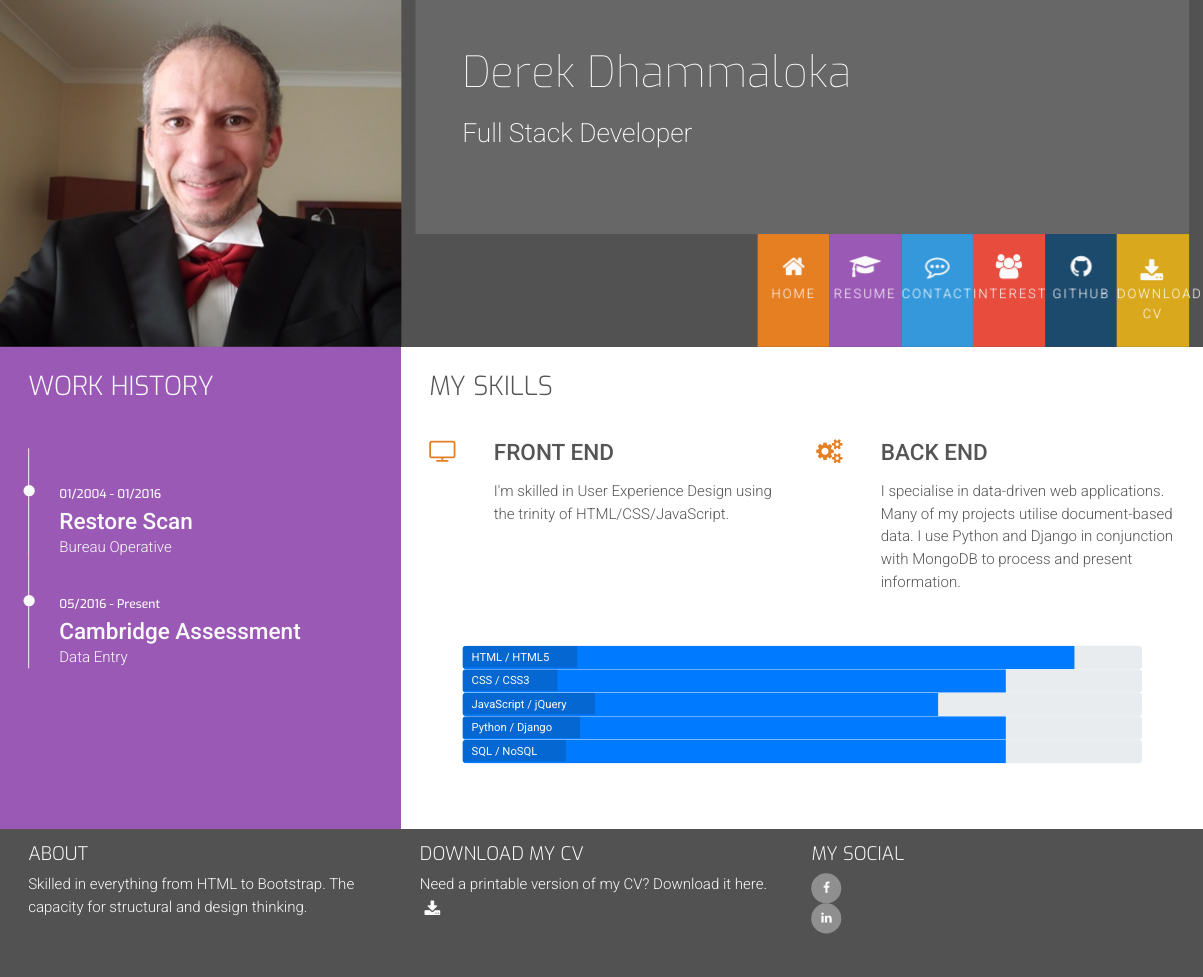
Repository: derektypist/derek-dhammaloka-cv
Page: resume.html
The author's editor kept a record of every edit. The page is drawn from the files as they stood at one moment, then again after the next edit.
The browser window is 1280 px wide. The pictures show the whole page, at 94% of full size.
Some web libraries are served in a nearby version.

Above is the page before.

After the next edit:
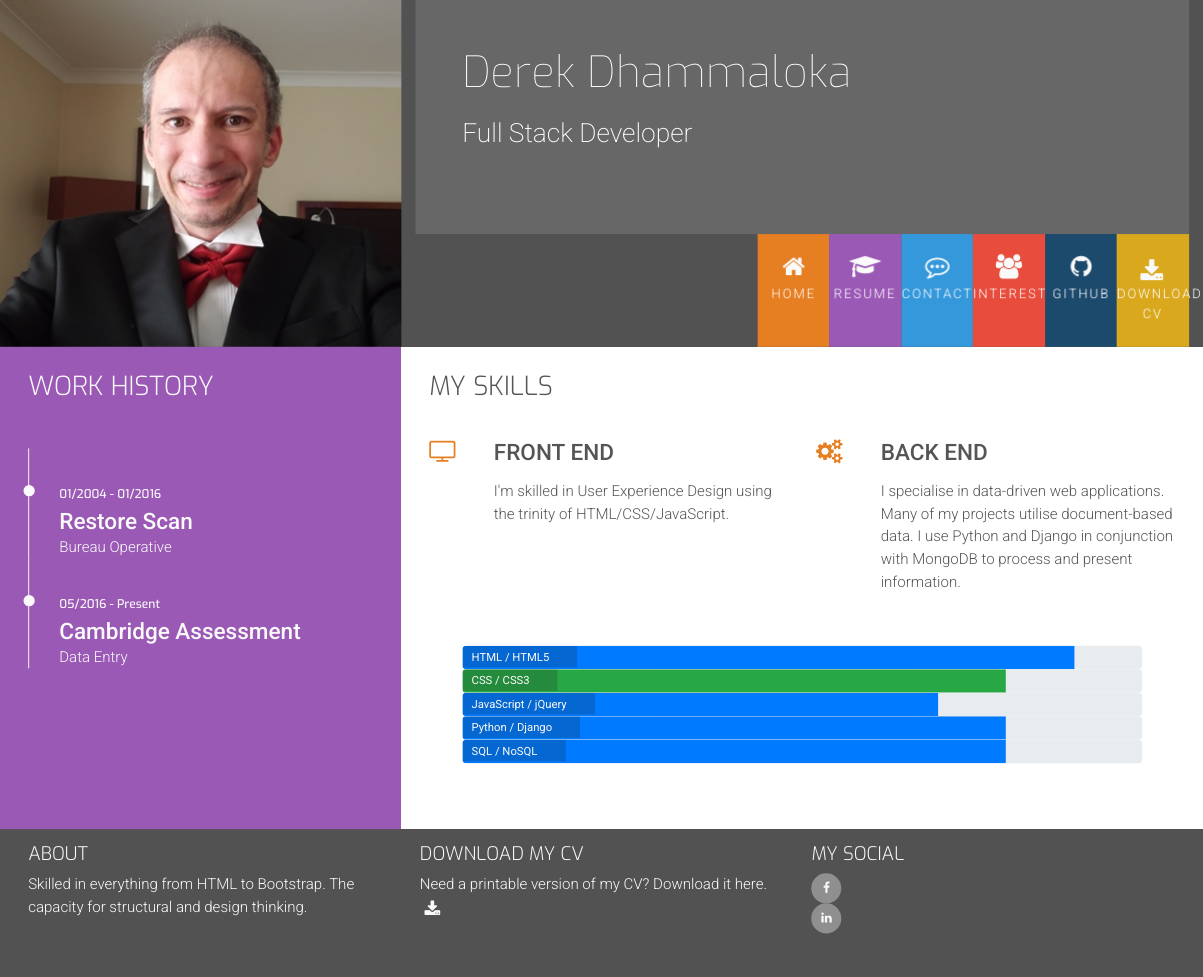
The edit:
--- a/resume.html
+++ b/resume.html
@@ -135,7 +135,7 @@
                             <span class="progress-type">HTML / HTML5</span>
                         </div>
                         <div class="progress">
-                            <div class="progress-bar progress-bar-success" role="progressbar" aria-valuenow="80" aria-valuemin="0" aria-valuemax="100" style="width: 80%">
+                            <div class="progress-bar bg-success" role="progressbar" aria-valuenow="80" aria-valuemin="0" aria-valuemax="100" style="width: 80%">
                                 <span class="sr-only"> 80% complete</span>
                             </div>
                             <span class="progress-type">CSS / CSS3</span>
